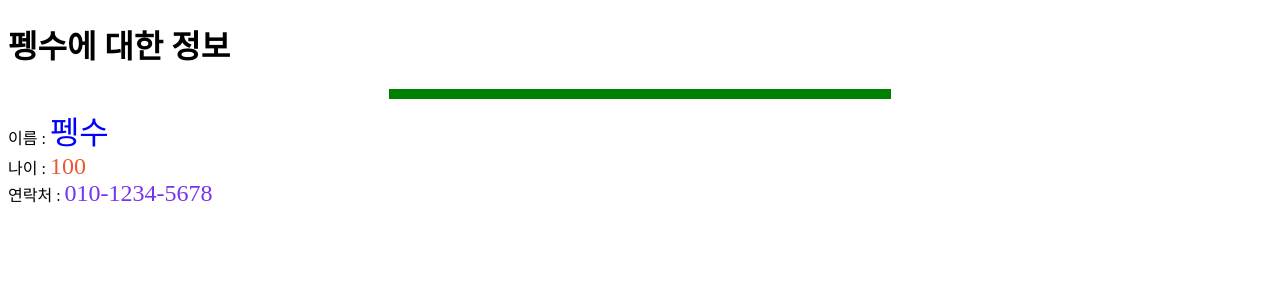
Repository: ujin2021/jsp_study
Page: jsp01/WebContent/me2.html
The author's editor kept a copy of each file at every save. The page is drawn from the files as they stood at one save, then again after the next save.
The browser window is 1280 px wide. The pictures show the whole page.

Above is the page before, as saved 2020-01-11 07:55:02.

### jsp01/WebContent/me2.html
<!DOCTYPE html>
<html>
<head>
<meta charset="EUC-KR">
<title>Insert title here</title>
</head>
<body>
<h1>펭수에 대한 정보</h1>
<!-- header 제목용 -->
<!-- 옆에 다른 것이 오게 할 수 없다. -->
<hr size="10" color="green" width="500px">
이름 : <font color="blue" size="6">펭수</font> <br>
나이 : <font color="#eb5934" size="5">100</font> <br>
연락처 : <font color="#7734eb" size="5">010-1234-5678</font> <br>
</body>
</html>

After the next save:
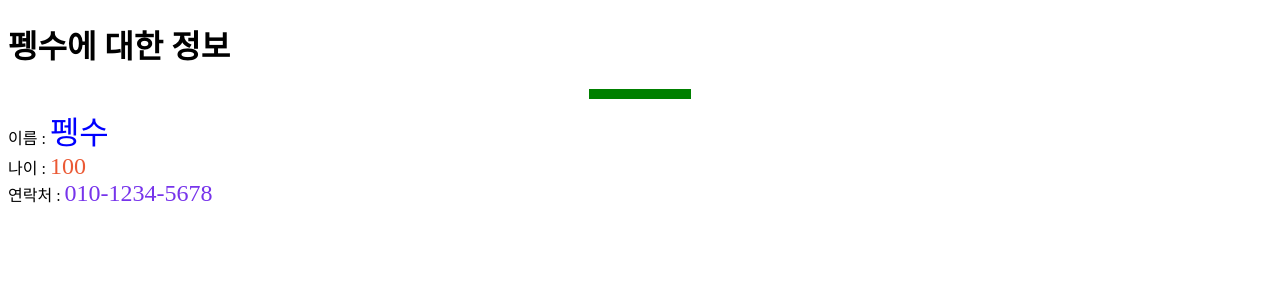
Saved 32 s later.
--- a/jsp01/WebContent/me2.html
+++ b/jsp01/WebContent/me2.html
@@ -8,7 +8,7 @@
 <h1>펭수에 대한 정보</h1>
 <!-- header 제목용 -->
 <!-- 옆에 다른 것이 오게 할 수 없다. -->
-<hr size="10" color="green" width="500px">
+<hr size="10" color="green" width="100">
 이름 : <font color="blue" size="6">펭수</font> <br>
 나이 : <font color="#eb5934" size="5">100</font> <br>
 연락처 : <font color="#7734eb" size="5">010-1234-5678</font> <br>

After the save that followed:
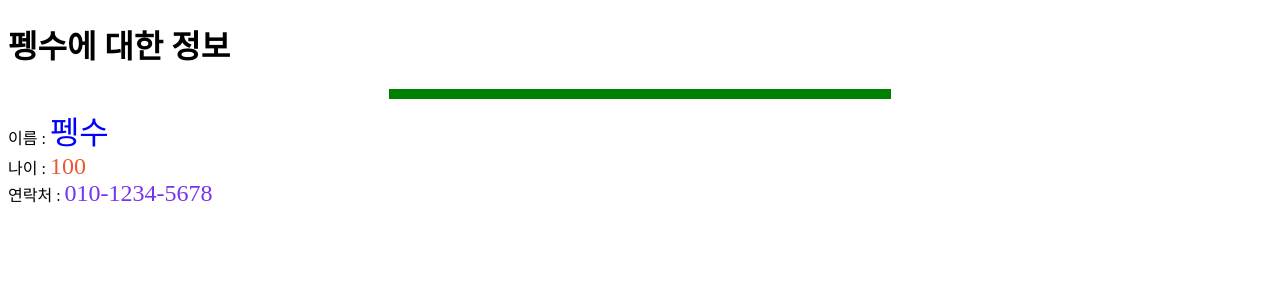
Saved 8 s later.
--- a/jsp01/WebContent/me2.html
+++ b/jsp01/WebContent/me2.html
@@ -8,7 +8,7 @@
 <h1>펭수에 대한 정보</h1>
 <!-- header 제목용 -->
 <!-- 옆에 다른 것이 오게 할 수 없다. -->
-<hr size="10" color="green" width="100">
+<hr size="10" color="green" width="500">
 이름 : <font color="blue" size="6">펭수</font> <br>
 나이 : <font color="#eb5934" size="5">100</font> <br>
 연락처 : <font color="#7734eb" size="5">010-1234-5678</font> <br>
